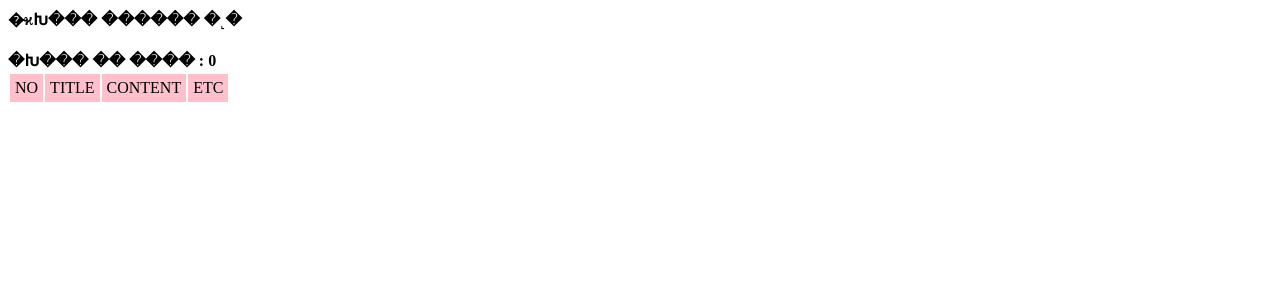
Repository: 2ujin/2018-PHP-afterschool
Page: http://localhost/CH06/ch06_06.php
An editor plug-in stored every save of this project. The page is shown before and after the next save, followed by the edit.
The browser window is 1280 px wide. The pictures show the whole page.
The page is run by PHP 8.4 with error messages shown; the project is at /var/www/html/. Queries for data that is not in the repository find no rows.

Above is the page before, as saved 2018-07-31 04:52:56.

### PHPStudy/CH06/ch06_06.php
<?php
echo "<h4>미니게시판 데이터 검색</h4><h4>";
$mydb = mysql_connect("localhost", "jin", "1234") or die ("MySQL 접속 실패");
if( !mysql_select_db("mirim",$mydb)) die("DB 선택 불가");

$sql = "select * from board";
$result = mysql_query($sql);

$rows = mysql_num_rows($result);//헹의 개수

echo "게시판 총 개수 : ".$rows."<br>";

$arr_name = array("NO", "TITLE", "CONTENT","ETC");

echo"<table border = 0 cellpadding = 5><tr bgcolor=#ffcccc>";
  echo"<tr align = center>";
foreach($arr_name as $arr)
    echo "<td bgcolor=pink>$arr</td>";
    echo "<tr>";
    $cnt = 1;
        while($row = mysql_fetch_array($result)){//데이터출력
            echo "<tr align = center><td>$cnt</td>
                <td>$row[title]</td>
                <td>$row[content]</td>";
            $cnt ++;
           // echo"<td><a href='ch06_04.php?num=$num'>[삭제]</a></td></tr>";
        }
        echo"</table>";
        mysql_close();

// // $sql = "create table board  (
// //     uid int not null auto_increment,
// //     title varchar(30) not null,
// //     content text not null,
// //     primary key(uid));";

// // if($result)
// //     echo "board 테이블 생성 완료 !! <br>";
// // echo"<h4>board 테이블에 데이터 삽입</h4>";
// ////////////////////////////


// // if($result)
// //     echo "board 테이블 삽입 완료 !! <br><hr>";

// //  echo "
// // <table border = '1'>
// // <tr><td>ID</td></tr><tr><td>TITLE</td></tr>
// // </table>";
// $sql = "select * from board"; //-> friend테이블에 있는 모든 데이터를 보여주세요
// $result = mysql_query($sql, $mydb);

//  $arr_name = array("NO.", "TITLE", "CONTENT", "명령");
//  echo"<table border = 0 cellpadding = 5>";
//  echo"<tr align = center>";

// foreach($arr_name as $arr)
//     echo "<td bgcolor = pink>$arr</td>";//열이름출력
// echo"<tr>";

// $cnt = 1;

//     while($row = mysql_fetch_array($result)){//데이터출력
//         echo "<tr align = center><td>$cnt</td>
//             <td>$row[title]</td>
//             <td>$row[content]</td>";
//         $cnt ++;
//        // echo"<td><a href='ch06_04.php?num=$num'>[삭제]</a></td></tr>";
//     }
//     echo"</table>";
//     mysql_close();

  ?>

After the next save:
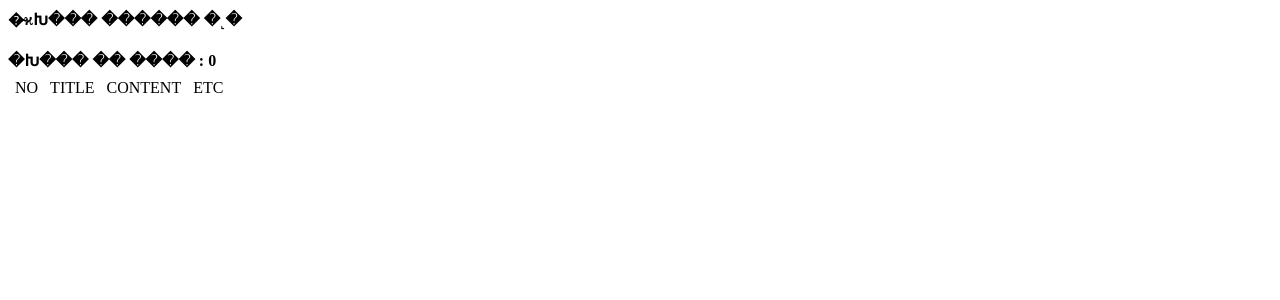
Saved 2 min 20 s later.
--- a/PHPStudy/CH06/ch06_06.php
+++ b/PHPStudy/CH06/ch06_06.php
@@ -7,6 +7,7 @@ $sql = "select * from board";
 $result = mysql_query($sql);
 
 $rows = mysql_num_rows($result);//헹의 개수
+$cols = mysql_num_fields($result);
 
 echo "게시판 총 개수 : ".$rows."<br>";
 
@@ -15,8 +16,9 @@ $arr_name = array("NO", "TITLE", "CONTENT","ETC");
 echo"<table border = 0 cellpadding = 5><tr bgcolor=#ffcccc>";
   echo"<tr align = center>";
 foreach($arr_name as $arr)
-    echo "<td bgcolor=pink>$arr</td>";
-    echo "<tr>";
+    echo "<td>$arr</td>";
+//웹에서 출력 - mysql_fetch_array() / mysql_fetch_row() / mysql_result()
+
     $cnt = 1;
         while($row = mysql_fetch_array($result)){//데이터출력
             echo "<tr align = center><td>$cnt</td>
@@ -27,6 +29,10 @@ foreach($arr_name as $arr)
         }
         echo"</table>";
         mysql_close();
+
+
+
+
 
 // // $sql = "create table board  (
 // //     uid int not null auto_increment,
